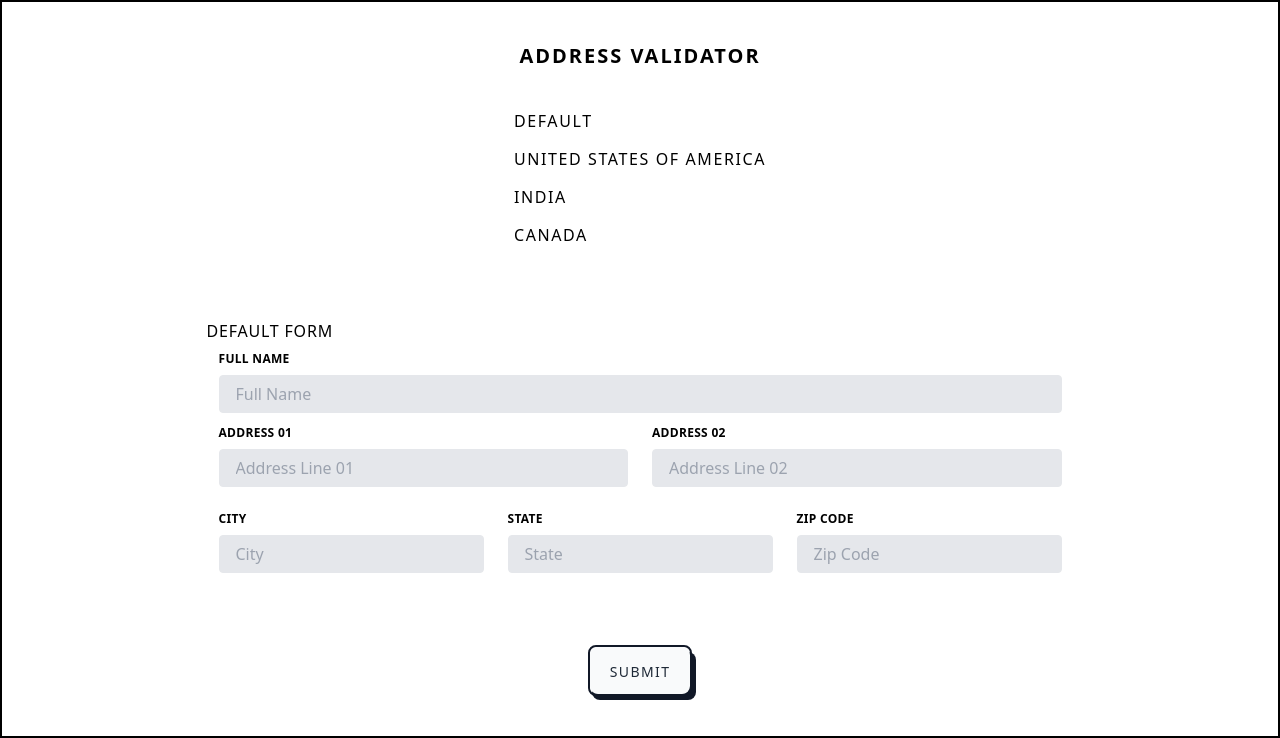
Repository: jay-singhvi/SWArchDesign_TeamProject
Page: / (app in frontend/address-validation/)
The author's editor kept a copy of each file at every save. The page is drawn from the files as they stood at one save, then again after the next save.
The browser window is 1280 px wide. The pictures show the whole page.
The project was rebuilt for these pictures with package versions that can differ from the ones it lists, and the page was loaded fresh each time. Also part of the build but not shown: frontend/address-validation/src/App.css.

Above is the page before, as saved 2023-03-07 15:27:21.

After the next save:
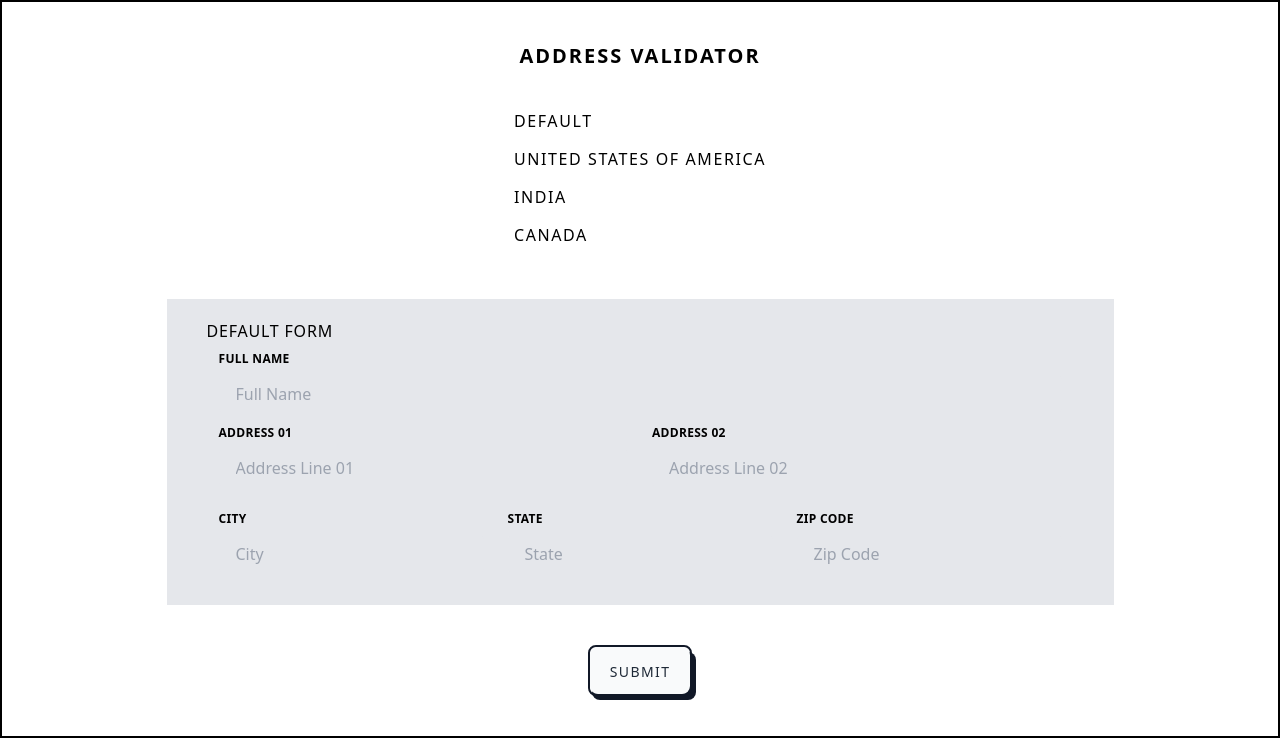
Saved 9 s later.
--- a/frontend/address-validation/src/App.js
+++ b/frontend/address-validation/src/App.js
@@ -609,7 +609,7 @@ function DefaultForm({ setFormData }) {
   }
 
   return (
-    <div className="  items-center mt-6 px-10 py-5">
+    <div className=" bg-gray-200 items-center mt-6 px-10 py-5">
       <h2 className="uppercase tracking-wider font-medium">Default Form</h2>
 
       <div className=" mt-2 space-y-3">
